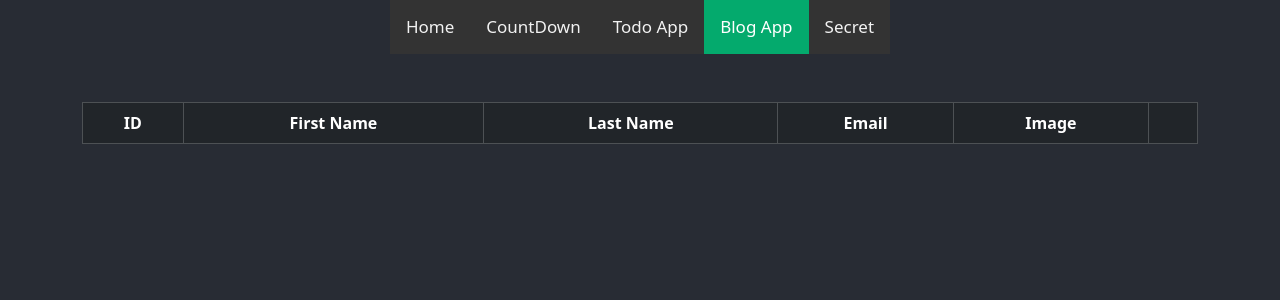
Repository: ThucSkin/React-hook-basic
Page: /blog
The author's editor kept a copy of each file at every save. The page is drawn from the files as they stood at one save, then again after a run of saves.
The browser window is 1280 px wide. The pictures show the whole page.
The page's requests for data from a server got no answer. The project was rebuilt for these pictures with package versions that can differ from the ones it lists, and the page was loaded fresh each time. No one was signed in, and anything a server would have sent is missing. Also part of the build but not shown: src/views/Todo.js, src/views/TableApi/TableUser.scss, src/views/TableApi/TableApi.js, src/views/CountDown/countdown.js, src/views/BlogDetail.js.

Above is the page before, as saved 2023-06-11 22:45:15.

### src/App.js

import './App.scss';
import Nav from './views/Nav';
import Todo from './views/Todo';
import TableApi from './views/TableApi/TableApi';
import { CountDown } from './views/CountDown/countdown';
import { Routes, Route } from 'react-router-dom'
import { Blog } from './views/Blog';
import DetailBlog from './views/BlogDetail';
import { Container } from 'react-bootstrap';


const App = () => {
  return (
    <div className="App">
      <header className="App-header">
        <Nav />
        <Container className='container'>
          <Routes>
            <Route path='/' element={<TableApi />} />
            <Route path='/countdown' element={<CountDown />} />
            <Route path='/todo' element={<Todo />} />
            <Route path='/blog' element={<Blog />} />
            <Route path='/blog/:id' element={<DetailBlog />} />
          </Routes>
        </Container>
      </header>
    </div>
  );
}

export default App;

### src/App.scss
.App {
    text-align: center;
}

.App-logo {
    height: 10vmin;
    pointer-events: none;
}

@media (prefers-reduced-motion: no-preference) {
    .App-logo {
        animation: App-logo-spin infinite 20s linear;
    }
}

.App-header {
    background-color: #282c34;
    min-height: 100vh;
    display: flex;
    flex-direction: column;
    align-items: center;
    /* justify-content: center; */
    font-size: calc(10px + 2vmin);
    color: white;
}

.App-link {
    color: #61dafb;
}

@keyframes App-logo-spin {
    from {
        transform: rotate(0deg);
    }

    to {
        transform: rotate(360deg);
    }
}

.container {
    font-size: 16px;
}

### src/views/Nav.js
import { NavLink } from 'react-router-dom';
import './Nav.scss';
import 'bootstrap/dist/css/bootstrap.min.css';

const Nav = () => {
    return (
        <>
            <div className="topnav mb-4">
                <NavLink to="/" activeclassName="active">Home</NavLink>
                <NavLink to="/countdown">CountDown</NavLink>
                <NavLink to="/todo">Todo App</NavLink>
                <NavLink to="/blog">Blog App</NavLink>
                <NavLink to="/secrect">Secret</NavLink>
            </div>
        </>
    )
}

export default Nav;

### src/views/Blog.js
import useFetch from "../customize/Fetch";
import Table from 'react-bootstrap/Table';
import 'bootstrap/dist/css/bootstrap.min.css';
import { Link } from "react-router-dom";

const Blog = () => {
    const { data: dataBlogs, loading }
        = useFetch(`https://reqres.in/api/users?page=2`, false);
    let newData = [];

    if (dataBlogs.length > 0 && dataBlogs) {
        newData = dataBlogs;
    }

    return (
        <Table striped bordered hover variant="dark" className='mt-4'>
            <thead>
                <tr>
                    <th>ID</th>
                    <th>First Name</th>
                    <th>Last Name</th>
                    <th>Email</th>
                    <th>Image</th>
                    <th colSpan={2}></th>
                </tr>
            </thead>
            <tbody>

                {loading === false && newData && newData.length > 0 &&
                    newData.map(item => {
                        return (
                            <tr key={item.id}>
                                <td>{item.id}</td>
                                <td>{item.first_name}</td>
                                <td>{item.last_name}</td>
                                <td>{item.email}</td>
                                <td>
                                    <img className='img-users' alt="" src={item.avatar}></img>
                                </td>
                                <td>
                                    <button>
                                        <Link to={`/blog/${item.id}`}>Detail</Link>
                                    </button>
                                </td>
                            </tr>
                        )
                    })
                }
                {loading === true &&
                    <tr>
                        <td colSpan={5}>Loading...</td>
                    </tr>}
            </tbody>
        </Table>
    );
}

export { Blog };

### src/views/Nav.scss
body {
    margin: 0;
    font-family: Arial, Helvetica, sans-serif;

    .topnav {
        overflow: hidden;
        background-color: #333;

        a {
            float: left;
            color: #f2f2f2;
            text-align: center;
            padding: 14px 16px;
            text-decoration: none;
            font-size: 17px;
        }

        a:hover {
            background-color: #ddd;
            color: black;
        }

        a.active {
            background-color: #04AA6D;
            color: white;
        }
    }
}

### src/customize/Fetch.js
import { useEffect, useState } from "react"
import axios from "axios"

const useFetch = (url, isUserData) => {
    const [data, setData] = useState([])
    const [loading, setLoading] = useState(true)

    useEffect(() => {
        const ourRequest = axios.CancelToken.source() // <-- 1st step

        async function fetchData() {
            try {
                let res = await axios.get(url, {
                    cancelToken: ourRequest.token, // <-- 2nd step
                })
                let data = (res && res.data) ? res.data.data : []; // true, false
                setData(data);
                setLoading(false);
            }
            catch (err) {
                if (axios.isCancel(err)) {
                    console.log('Request canceled', err.message);
                } else {
                    setLoading(false);
                }

            }
        }
        setTimeout(() => {
            fetchData();
        }, 1000)
        return () => {
            ourRequest.cancel();
        }
    }, [url]);

    return {
        data, loading
    }
}

export default useFetch;

Loaded but not shown: public/index.html (common file); src/index.js (common file); src/index.css (common file); src/reportWebVitals.js (common file)

After the next 2 saves:
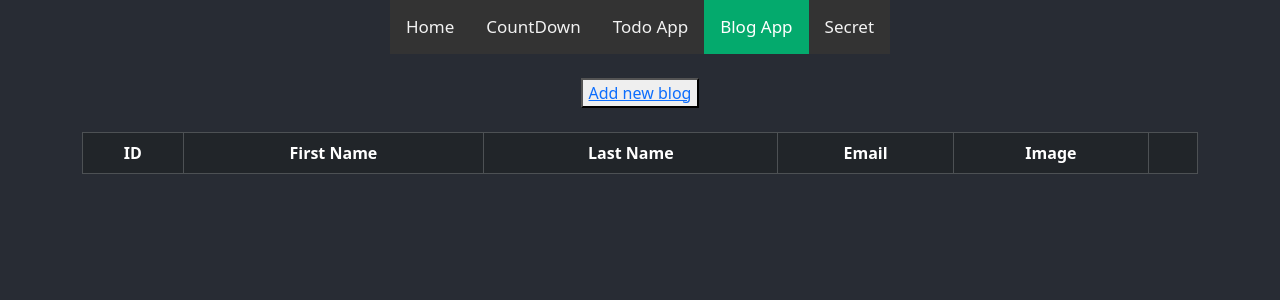
The 2 saves are shown as one change because 1 did not build or start.
The last was saved 30 s later.
--- a/src/views/Blog.js
+++ b/src/views/Blog.js
@@ -13,45 +13,50 @@ const Blog = () => {
     }
 
     return (
-        <Table striped bordered hover variant="dark" className='mt-4'>
-            <thead>
-                <tr>
-                    <th>ID</th>
-                    <th>First Name</th>
-                    <th>Last Name</th>
-                    <th>Email</th>
-                    <th>Image</th>
-                    <th colSpan={2}></th>
-                </tr>
-            </thead>
-            <tbody>
+        <>
+            <button>
+                <Link >Add new blog</Link>
+            </button>
+            <Table striped bordered hover variant="dark" className='mt-4'>
+                <thead>
+                    <tr>
+                        <th>ID</th>
+                        <th>First Name</th>
+                        <th>Last Name</th>
+                        <th>Email</th>
+                        <th>Image</th>
+                        <th colSpan={2}></th>
+                    </tr>
+                </thead>
+                <tbody>
 
-                {loading === false && newData && newData.length > 0 &&
-                    newData.map(item => {
-                        return (
-                            <tr key={item.id}>
-                                <td>{item.id}</td>
-                                <td>{item.first_name}</td>
-                                <td>{item.last_name}</td>
-                                <td>{item.email}</td>
-                                <td>
-                                    <img className='img-users' alt="" src={item.avatar}></img>
-                                </td>
-                                <td>
-                                    <button>
-                                        <Link to={`/blog/${item.id}`}>Detail</Link>
-                                    </button>
-                                </td>
-                            </tr>
-                        )
-                    })
-                }
-                {loading === true &&
-                    <tr>
-                        <td colSpan={5}>Loading...</td>
-                    </tr>}
-            </tbody>
-        </Table>
+                    {loading === false && newData && newData.length > 0 &&
+                        newData.map(item => {
+                            return (
+                                <tr key={item.id}>
+                                    <td>{item.id}</td>
+                                    <td>{item.first_name}</td>
+                                    <td>{item.last_name}</td>
+                                    <td>{item.email}</td>
+                                    <td>
+                                        <img className='img-users' alt="" src={item.avatar}></img>
+                                    </td>
+                                    <td>
+                                        <button>
+                                            <Link to={`/blog/${item.id}`}>Detail</Link>
+                                        </button>
+                                    </td>
+                                </tr>
+                            )
+                        })
+                    }
+                    {loading === true &&
+                        <tr>
+                            <td colSpan={5}>Loading...</td>
+                        </tr>}
+                </tbody>
+            </Table>
+        </>
     );
 }
 
